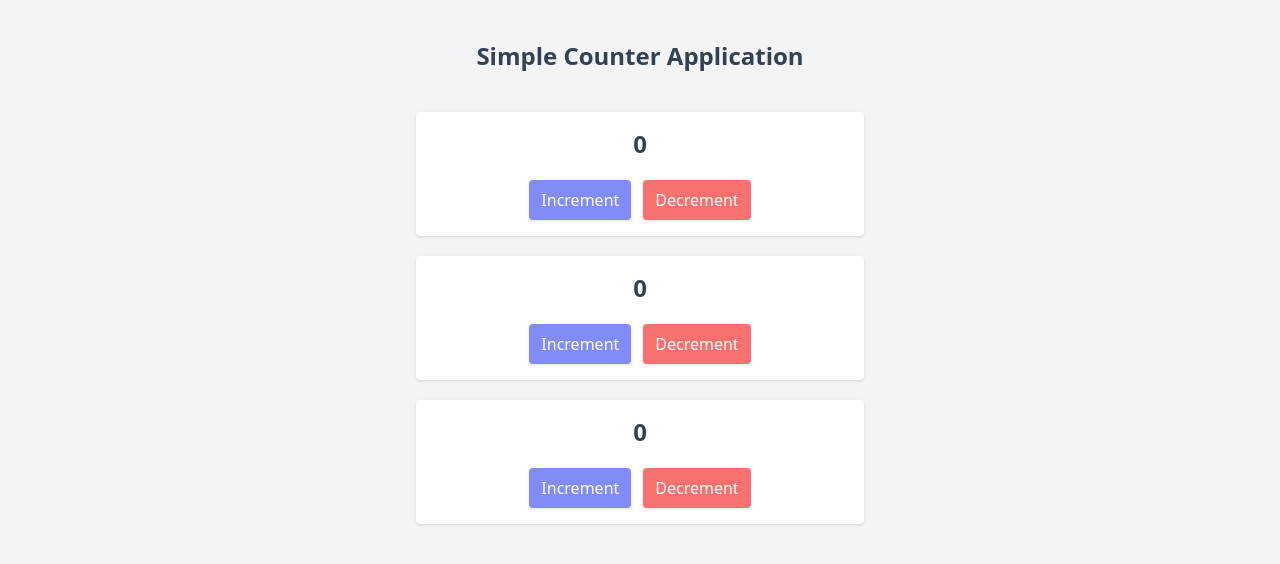
Repository: Wahid137/simple-counter-redux
Page: /
An editor plug-in stored every save of this project. The page is shown before and after the next save, followed by the edit.
The browser window is 1280 px wide. The pictures show the whole page.
Some web libraries are served in a nearby version. The project was rebuilt for these pictures with package versions that can differ from the ones it lists, and the page was loaded fresh each time.

Above is the page before, as saved 2023-11-06 01:45:16.

After the next save:
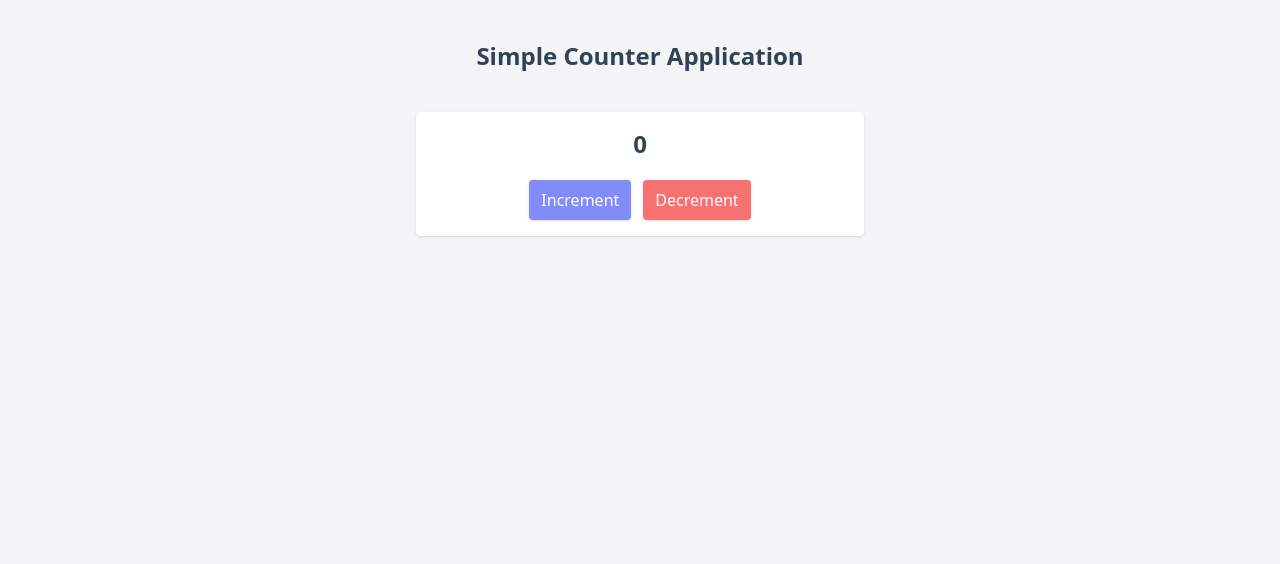
Saved 11 h 2 min later.
--- a/src/App.js
+++ b/src/App.js
@@ -11,9 +11,7 @@ export default function App() {
                 </h1>
 
                 <div className="max-w-md mx-auto mt-10 space-y-5">
-                    <Counter />
-                    <Counter />
-                    <Counter />
+                    <Counter id="1" />
                 </div>
             </div>
         </Provider>
